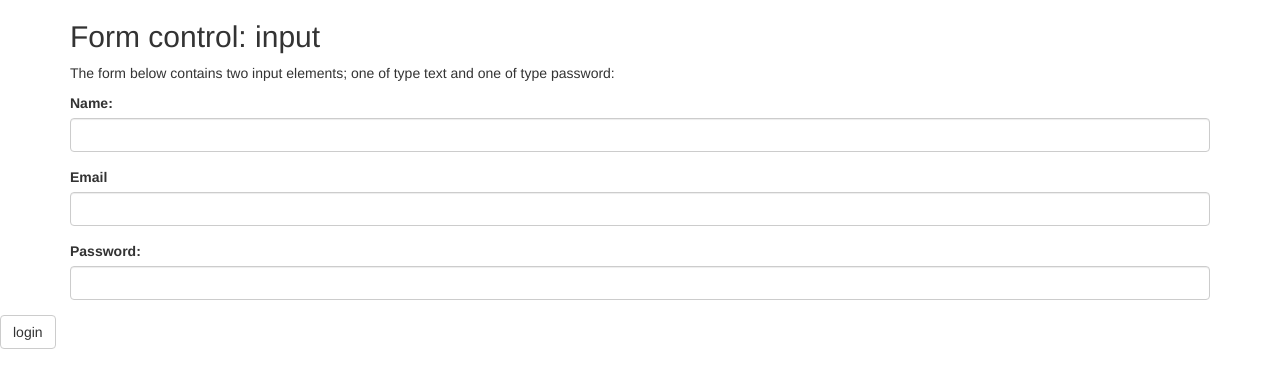
Repository: suvarsha/cognizant-projects
Page: BootStramp1/WebContent/profile.html
An editor plug-in stored every save of this project. The page is shown before and after the next save, followed by the edit.
The browser window is 1280 px wide. The pictures show the whole page.

Above is the page before, as saved 2020-01-18 12:19:15.

### BootStramp1/WebContent/profile.html
<!DOCTYPE html>
<html lang="en">
<head>
  <title>Bootstrap Example</title>
  <meta charset="utf-8">
  <meta name="viewport" content="width=device-width, initial-scale=1">
  <link rel="stylesheet" href="https://maxcdn.bootstrapcdn.com/bootstrap/3.4.1/css/bootstrap.min.css">
  <script src="https://ajax.googleapis.com/ajax/libs/jquery/3.4.1/jquery.min.js"></script>
  <script src="https://maxcdn.bootstrapcdn.com/bootstrap/3.4.1/js/bootstrap.min.js"></script>
</head>
<body>

<div class="container">
  <h2>Form control: input</h2>
  <p>The form below contains two input elements; one of type text and one of type password:</p>
  <form>
    <div class="form-group">
      <label for="usr">Name:</label>
      <input type="text" class="form-control" id="usr">
    </div>
    <div class="form-group">
      <label for="mail">Email</label>
      <input type="email" class="form-control" id="ml">
    </div>

    <div class="form-group">
      <label for="pwd">Password:</label>
      <input type="password" class="form-control" id="pwd">
    </div>
  </form>
</div>
<button type="button" class="btn btn-default">login</button>
</body>
</html>

After the next save:
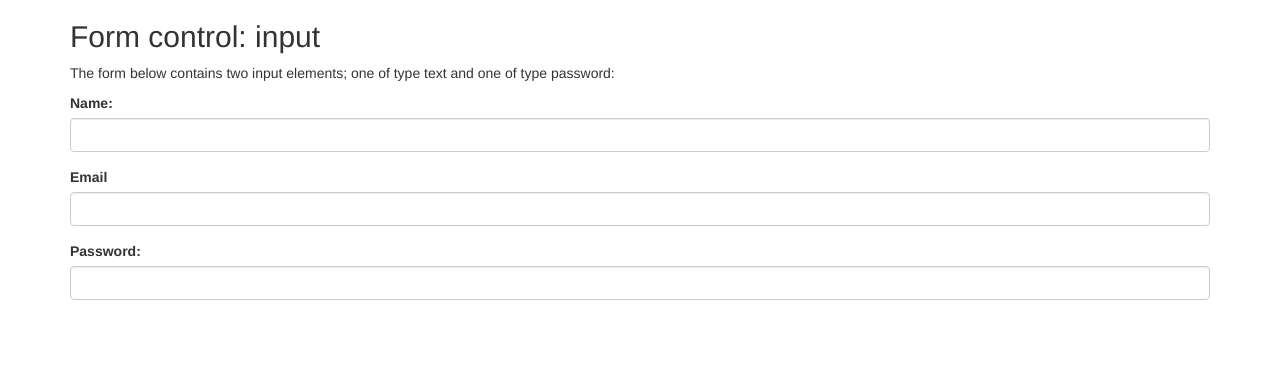
Saved 29 s later.
--- a/BootStramp1/WebContent/profile.html
+++ b/BootStramp1/WebContent/profile.html
@@ -29,6 +29,5 @@
     </div>
   </form>
 </div>
-<button type="button" class="btn btn-default">login</button>
 </body>
 </html>
